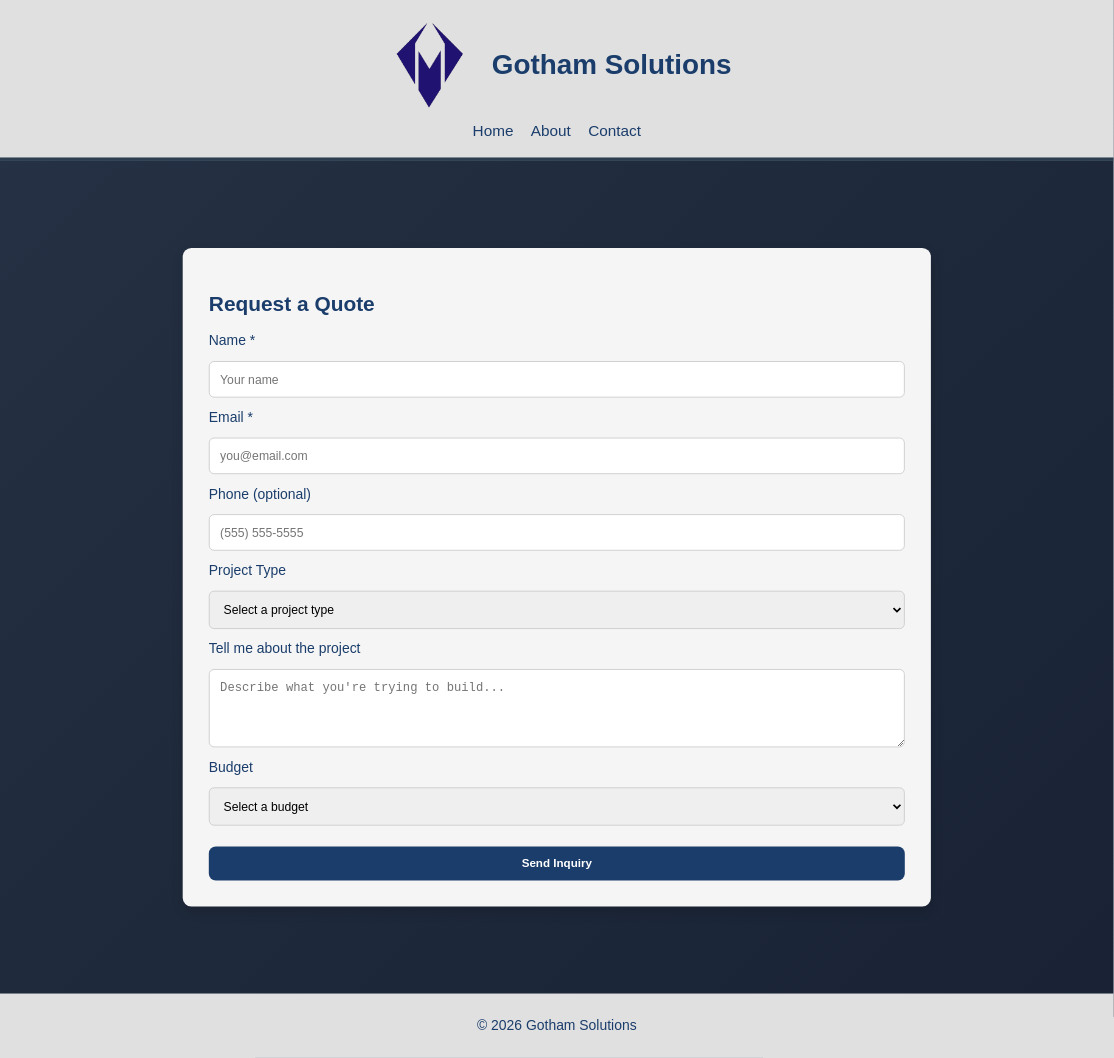
Repository: kmm569/gothamsolutions
Page: contact.html
The author's editor kept a copy of each file at every save. The page is drawn from the files as they stood at one save, then again after the next save.
The browser window is 1280 px wide. The pictures show the whole page, at 87% of full size.

Above is the page before, as saved 2026-03-08 03:02:53.

### contact.html
<!DOCTYPE html>
<html lang="en">

<head>

	<meta charset="UTF-8">
	<meta name="viewport" content="width=device-width, initial-scale=1.0">

	<title>Contact - Gotham Solutions</title>

	<link rel="stylesheet" href="styles.css">
<link rel="icon" href="./icons/favicon.ico">
</head>

<body>

<header>

	<div class="logo-container">
		<img src="LogoSolo.png" alt="Gotham Solutions Logo" class="logo">
		<h1>Gotham Solutions</h1>
	</div>

	<nav>
		<ul>
			<li><a href="index.html" class="nav-link">Home</a></li>
			<li><a href="about.html" class="nav-link">About</a></li>
			<li><a href="contact.html" class="nav-link">Contact</a></li>
		</ul>
	</nav>

</header>

<main>
<section class="contact-section">
<div class="form-card">

<h2>Request a Quote</h2>

<form id="contactForm">

	<label>Name *</label>
	<input
		type="text"
		name="name"
		required
		minlength="2"
		placeholder="Your name"
	>

	<label>Email *</label>
	<input
		type="email"
		name="email"
		required
		placeholder="you@email.com"
	>

	<label>Phone (optional)</label>
	<input
	type="tel"
	id="phone"
	name="phone"
	pattern="[0-9+\-\(\)\s]{7,}"
	placeholder="(555) 555-5555"
	inputmode="numeric"
>

	<label>Project Type</label>
	<select name="projectType">

		<option value="">Select a project type</option>
		<option>Google Sheets Dashboard</option>
		<option>Spreadsheet Automation</option>
		<option>Workflow Tracker</option>
		<option>Data Cleanup / Organization</option>
		<option>Other</option>

	</select>

	<label>Tell me about the project</label>

	<textarea
		name="details"
		rows="4"
		placeholder="Describe what you're trying to build..."
	></textarea>

	<label>Budget</label>

	<select name="budget">

		<option value="">Select a budget</option>
		<option>Unsure</option>
		<option>Under $50</option>
		<option>$50 – $150</option>
		<option>$150 – $500</option>
		<option>$500+</option>

	</select>

	<input type="hidden" name="template" id="templateField">
	<input type="hidden" name="source" id="sourceField">

	<button type="submit" class="submit-button">
		Send Inquiry
	</button>

</form>

<div id="formMessage"></div>

</div>
</section>
</main>

<footer>
	<p>&copy; 2026 Gotham Solutions</p>
</footer>

<script>

const scriptURL = "https://script.google.com/macros/s/AKfycbxc9_hlQCGvBhvR8CTxNIYGdBt7pfNBy3m51jCEInJPqs_rvo7NSJcQvLVQ2DQR7OGX/exec";

const form = document.getElementById("contactForm");
const templateField = document.getElementById("templateField");
const sourceField = document.getElementById("sourceField");
const messageBox = document.getElementById("formMessage");

const params = new URLSearchParams(window.location.search);

const storedTemplate = sessionStorage.getItem("template");
const storedSource = sessionStorage.getItem("source");

if (params.has("template")) {
	templateField.value = params.get("template");
	sessionStorage.setItem("template", params.get("template"));
} else if (storedTemplate) {
	templateField.value = storedTemplate;
}

if (params.has("source")) {
	sourceField.value = params.get("source");
	sessionStorage.setItem("source", params.get("source"));
} else if (storedSource) {
	sourceField.value = storedSource;
} else {
	sourceField.value = "Website";
}

let submitting = false;

form.addEventListener("submit", function(e){

	if(submitting){
		return;
	}

	submitting = true;

	e.preventDefault();

	const submitBtn = form.querySelector("button");
	submitBtn.disabled = true;
	submitBtn.textContent = "Sending...";

	const formData = new FormData(form);
	const data = Object.fromEntries(formData.entries());

	e.preventDefault();

	fetch(scriptURL, {
		method: "POST",
		mode: "no-cors",
		body: formData
	})
	.then(() => {

	setTimeout(()=>{
		submitting = false;
		submitBtn.disabled = false;
		submitBtn.textContent = "Send Inquiry";
	},60000);

	form.style.display = "none";

		messageBox.style.display = "block";
		messageBox.innerHTML =
			"<strong>Thanks! Your inquiry has been sent.</strong><br>I usually respond within 24 hours.";

	})
	.catch(err => {

		console.error(err);

		messageBox.style.display = "block";
		messageBox.innerHTML =
			"Something went wrong. Please try again.";

	});

});

const phoneInput = document.getElementById("phone");

if (phoneInput) {
	phoneInput.addEventListener("input", function(e) {

		let digits = e.target.value.replace(/\D/g, "").substring(0, 10);

		let formatted = digits;

		if (digits.length > 6) {
			formatted = "(" + digits.substring(0,3) + ") " +
						digits.substring(3,6) + "-" +
						digits.substring(6);
		}
		else if (digits.length > 3) {
			formatted = "(" + digits.substring(0,3) + ") " +
						digits.substring(3);
		}
		else if (digits.length > 0) {
			formatted = "(" + digits;
		}

		e.target.value = formatted;
	});
}

</script>

</body>
</html>

### styles.css
*,
*::before,
*::after{
	box-sizing:border-box;
}

body{
	background:#ffffff;
	color:#1A3D6B;
	font-family:Arial, sans-serif;
	margin:0;
	padding:0;
	display:flex;
	flex-direction:column;
	min-height:100vh;
}

header{
	background:#E0E0E0;
	padding:20px;
	border-bottom:4px solid #2C3E50;
	display:flex;
	flex-direction:column;
	align-items:center;
}

@media (max-width:600px){

	header{
		padding:16px 12px;
	}

}

.logo-container{
	display:flex;
	align-items:center;
	gap:16px;
	margin-bottom:10px;
}

.logo{
	width:110px;
}

nav ul{
	list-style:none;
	display:flex;
	gap:20px;
	padding:0;
	margin:0;
}

.nav-link{
	text-decoration:none;
	color:#1A3D6B;
	font-size:1.1em;
}

.nav-link:hover{
	color:#16A085;
}

main{
	flex:1;
	padding:40px 20px;
	width:100%;
	max-width:1100px;
	margin:0 auto;
}


/* HERO */

.hero{
	text-align:center;
	margin-bottom:50px;
}

.hero h2{
	font-size:2em;
	margin-bottom:15px;
}

.hero-text{
	max-width:650px;
	margin:auto;
	font-size:1.1em;
	line-height:1.5;
}

@media (max-width:600px){

	.hero-text{
		max-width:100%;
		padding:0 6px;
	}

}

.hero-buttons{
	margin-top:20px;
	display:flex;
	gap:15px;
	justify-content:center;
	flex-wrap:wrap;
}


/* BUTTONS */

.button-primary{
	background:#1A3D6B;
	color:white;
	padding:12px 24px;
	border-radius:8px;
	text-decoration:none;
	font-weight:bold;
}

.button-secondary{
	background:#16A085;
	color:white;
	padding:12px 24px;
	border-radius:8px;
	text-decoration:none;
	font-weight:bold;
}

@media (max-width:600px){

	.button-primary,
	.button-secondary{
		padding:10px 18px;
		font-size:0.95em;
	}

}


/* SERVICES */

.services{
	margin-bottom:50px;
}

.services h2{
	text-align:center;
	margin-bottom:25px;
}

.service-grid{
	display:grid;
	grid-template-columns:repeat(auto-fit,minmax(220px,1fr));
	gap:20px;
}

@media (max-width:600px){

	.service-grid{
		grid-template-columns:1fr;
		gap:18px;
	}

}

.service-card{
	background:#F5F5F5;
	padding:20px;
	border-radius:10px;
	box-shadow:0 4px 10px rgba(0,0,0,0.1);
}


/* PROCESS */

.process{
	margin-bottom:20px;
}

.process h2{
	text-align:center;
	margin-bottom:25px;
}

.process-grid{
	display:grid;
	grid-template-columns:repeat(auto-fit,minmax(220px,1fr));
	gap:20px;
}

.process-step{
	background:#F5F5F5;
	padding:20px;
	border-radius:10px;
	box-shadow:0 4px 10px rgba(0,0,0,0.1);
}


/* CTA */

.cta{
	text-align:center;
	background:#F5F5F5;
	padding:30px;
	border-radius:10px;
	max-width:700px;
	margin:0 auto;
}


.cta p{
	max-width:600px;
	margin:10px auto 20px auto;
}




/* FORM */

.contact-section{
	max-width:900px;
	margin:60px auto;
	padding:0 20px;
}

.form-card{
	background:#F5F5F5;
	padding:30px;
	border-radius:10px;
	box-shadow:0 6px 14px rgba(0,0,0,0.15);

	width:100%;
	max-width:900px;

	margin:0 auto;
}

.form-card form{
	width:100%;
}

form{
	display:flex;
	flex-direction:column;
	gap:14px;
}

input,
select,
textarea{
	width:100%;
	padding:14px;
	font-size:15px;
}

.submit-button{
	margin-top:10px;
	padding:12px;
	border:none;
	background:#1A3D6B;
	color:white;
	font-weight:bold;
	border-radius:8px;
	cursor:pointer;
}

.submit-button:hover{
	background:#163457;
}

input,
select,
textarea{
	width:100%;
	padding:12px;
	border-radius:6px;
	border:1px solid #ccc;
	font-size:14px;
	box-sizing:border-box;
}

/* WHY SECTION */

.why-section{
	margin:50px 0;
	background:#F5F5F5;
	padding:30px;
	border-radius:10px;
	box-shadow:0 4px 10px rgba(0,0,0,0.1);
}

.why-section h2{
	text-align:center;
	margin-bottom:10px;
}

.why-section > p{
	text-align:center;
	max-width:650px;
	margin:0 auto 25px auto;
}

footer{
	background:#E0E0E0;
	padding:12px;
	text-align:center;
}

/* WHY GOTHAM SOLUTIONS LIST */

.about-points{
	list-style:none;
	padding:0;
	margin-top:20px;

	display:flex;
	flex-direction:column;
	gap:18px;
}

.about-points li{
	position:relative;
	padding-left:34px;
	line-height:1.5;
}

.about-points li::before{
	content:"";

	position:absolute;
	left:0;
	top:3px;

	width:16px;
	height:16px;

	background-color:#2C3E50;

	mask:url("/icons/target.svg") no-repeat center;
	mask-size:contain;

	-webkit-mask:url("/icons/target.svg") no-repeat center;
	-webkit-mask-size:contain;
}

body{
	background: linear-gradient(
		-45deg,
		#0f172a,
		#1e293b,
		#334155,
		#0f172a
	);

	background-size: 400% 400%;
	animation: gradientShift 15s ease infinite;

	min-height:100vh;
}

@keyframes gradientShift{
	0%{
		background-position:0% 50%;
	}
	50%{
		background-position:100% 50%;
	}
	100%{
		background-position:0% 50%;
	}
}

After the next save:
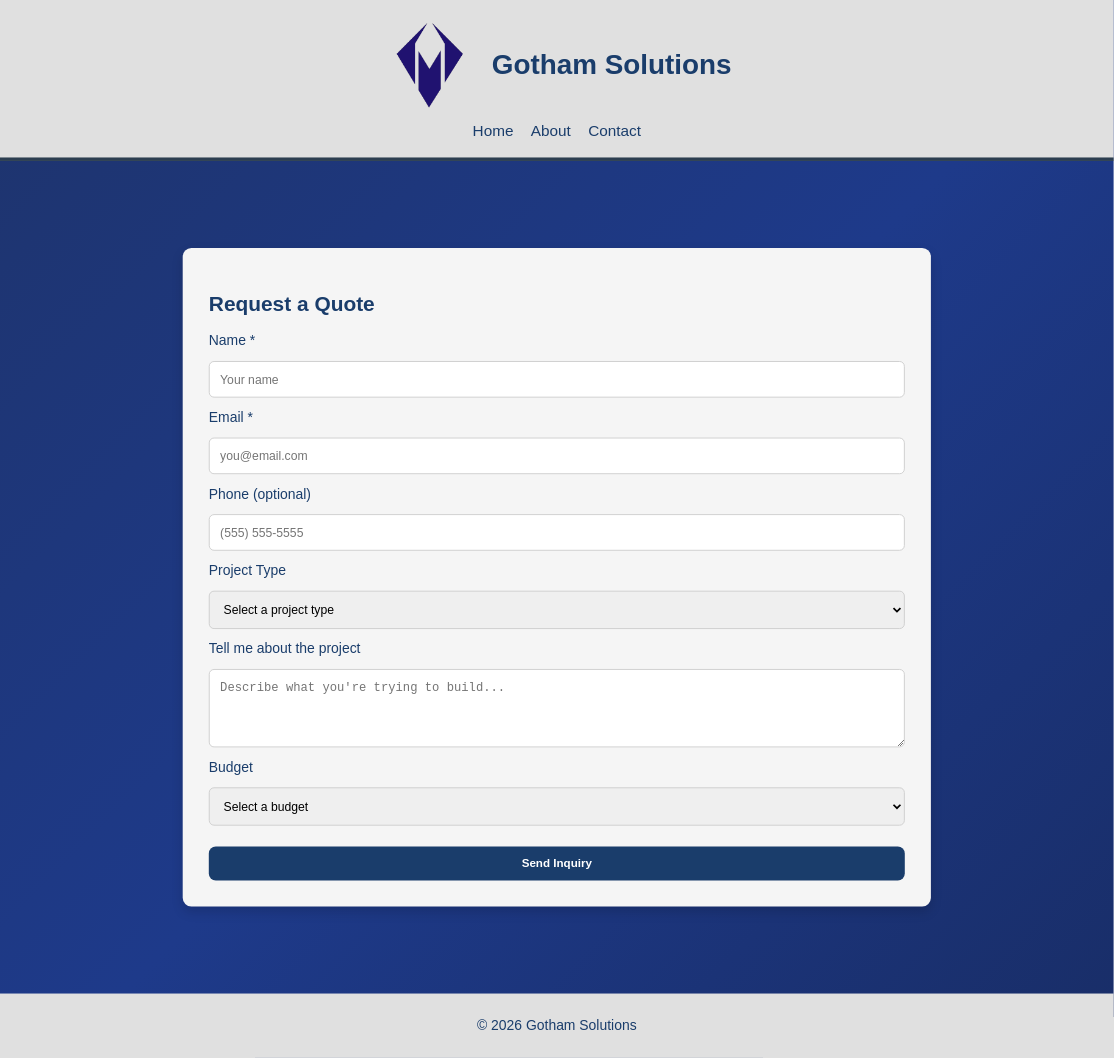
Saved 43 s later.
--- a/styles.css
+++ b/styles.css
@@ -349,9 +349,9 @@ body{
 	background: linear-gradient(
 		-45deg,
 		#0f172a,
+		#1e3a8a,
 		#1e293b,
-		#334155,
-		#0f172a
+		#2563eb
 	);
 
 	background-size: 400% 400%;
